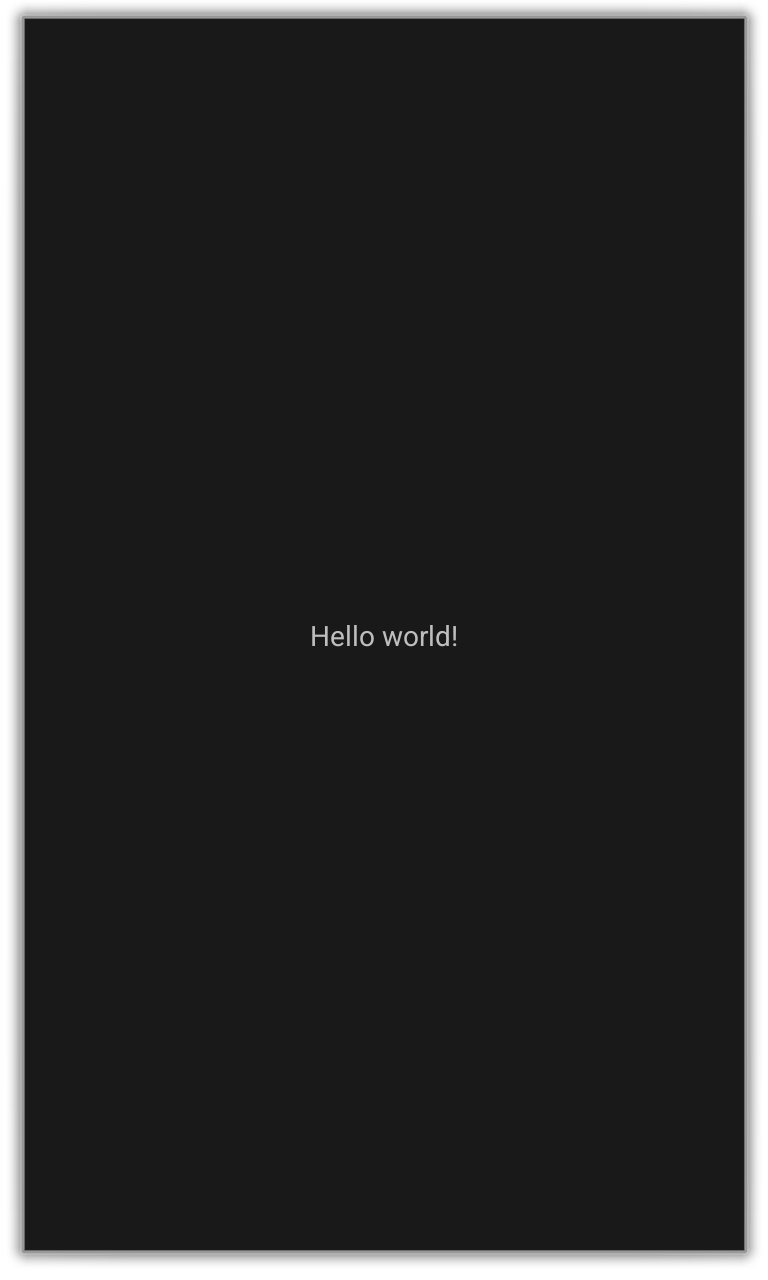
Repository: rickydalziel/project
Layout: Numbersorter/res/layout/activity_unsolve_dialog.xml
The author's editor kept a copy of each file at every save. The layout is drawn from the files as they stood at one save, then again after the next save.
It is drawn on a 768 x 1280 px phone screen (xhdpi) without system bars, with theme android:Theme.Dialog; the app's code is not run.

Above is the layout before, as saved 2013-02-22 11:38:16.

### Numbersorter/res/layout/activity_unsolve_dialog.xml
<RelativeLayout xmlns:android="http://schemas.android.com/apk/res/android"
    xmlns:tools="http://schemas.android.com/tools"
    android:layout_width="match_parent"
    android:layout_height="match_parent"
    tools:context=".UnsolveDialog" >

    <TextView
        android:layout_width="wrap_content"
        android:layout_height="wrap_content"
        android:layout_centerHorizontal="true"
        android:layout_centerVertical="true"
        android:text="@string/hello_world" />

</RelativeLayout>

### Numbersorter/res/values/strings.xml
<?xml version="1.0" encoding="utf-8"?>
<resources>

    <!-- Main menu strings -->

    <string name="app_name">Numbersorter</string>
    <string name="main_menu">Main Menu</string>
    <string name="menu_settings">Settings</string>
    <string name="title_activity_main">Number Sorter</string>
    <string name="new_game">New Game</string>
    <string name="continue_game">Continue</string>
    <string name="about">About</string>
    <string name="exit_game">Exit</string>

    <!-- About scree strings -->

    <string name="about_app">About Numbersorter</string>
    <string name="about_text">	    Numbersorter is a program written and desgned by Ricky Dalziel, for his 4th year honours project.
	    The aim of the game is to swipe a mxn grid of numbers into position so that they read from 1 - (m*n).
	</string>
    <string name="hello_world">Hello world!</string>
    <string name="title_activity_about">AboutActivity</string>

    <!-- New game dialog strings -->

    <string name="newgametext">Please select a board width and height</string>
    <string name="height">Height</string>
    <string name="width">Width</string>
    <string name="cancel">Cancel</string>

    <!-- Array options for the dialog box -->

    <string-array name="size_array">
        <item>3</item>
        <item>4</item>
        <item>5</item>
        <item>6</item>
    </string-array>

    <string name="title_activity_game">Game</string>
    <string name="title_activity_unsolve_dialog">UnsolveDialog</string>

</resources>

After the next save:
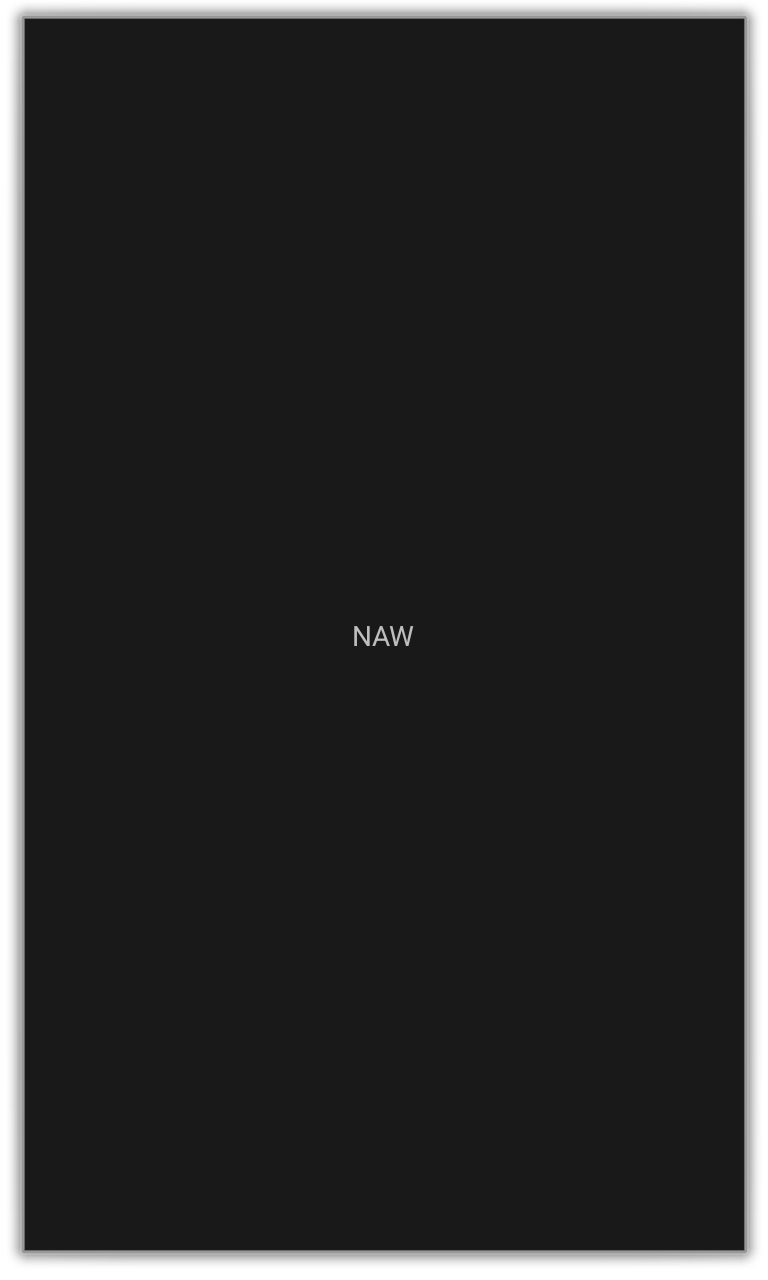
Saved 2 min 32 s later.
--- a/Numbersorter/res/layout/activity_unsolve_dialog.xml
+++ b/Numbersorter/res/layout/activity_unsolve_dialog.xml
@@ -9,6 +9,6 @@
         android:layout_height="wrap_content"
         android:layout_centerHorizontal="true"
         android:layout_centerVertical="true"
-        android:text="@string/hello_world" />
+        android:text="@string/unsolveable" />
 
 </RelativeLayout>
--- a/Numbersorter/res/values/strings.xml
+++ b/Numbersorter/res/values/strings.xml
@@ -38,6 +38,7 @@
     </string-array>
 
     <string name="title_activity_game">Game</string>
-    <string name="title_activity_unsolve_dialog">UnsolveDialog</string>
+    <string name="title_activity_unsolve_dialog">Unsolveable?</string>
+    <string name="unsolveable">NAW</string>
 
 </resources>
